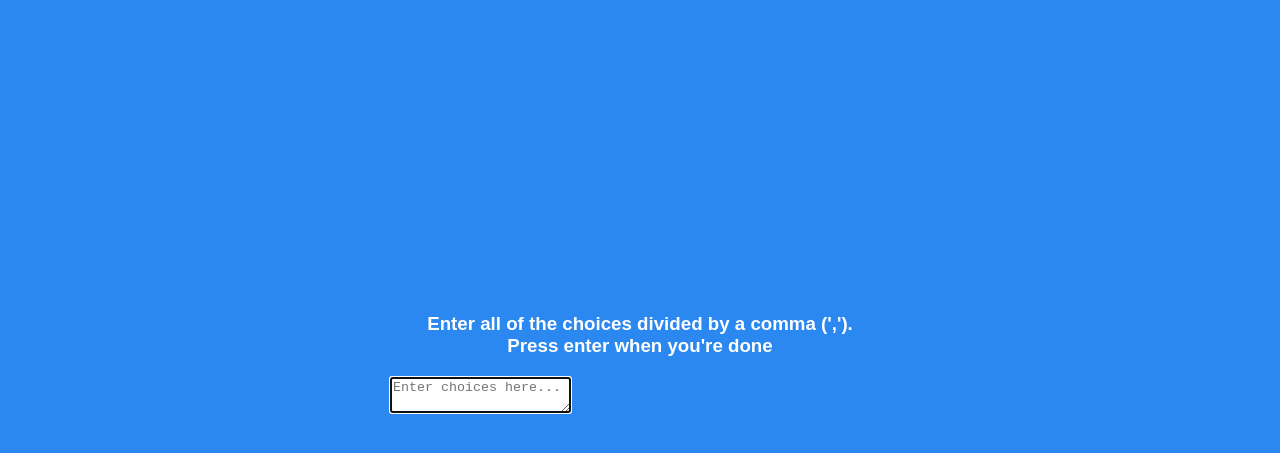
Repository: Williamlmachado/Random-Choice
Page: index.html
These files come from the project's save history. The page is drawn as it stood at one moment and after the next save; the edit follows.
The browser window is 1280 px wide. The pictures show the whole page.
Some web fonts or font styles are not loaded; a fallback is used.

Above is the page before, as saved 2021-08-23 12:42:35.

After the next save:
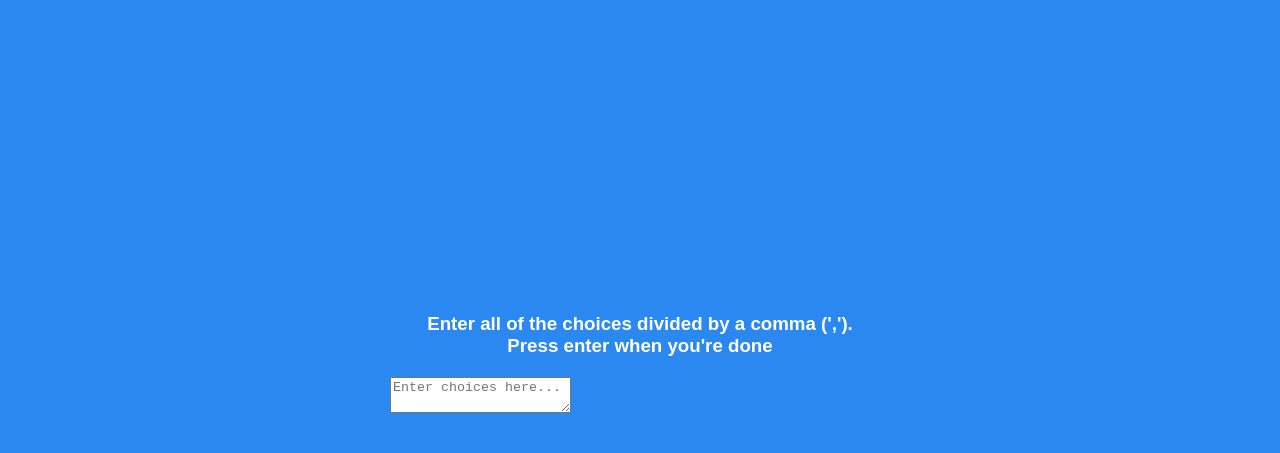
Console error: SyntaxError: Unexpected end of input
Saved 3 min 33 s later.
--- a/script.js
+++ b/script.js
@@ -3,4 +3,7 @@
 
 textarea.focus()
 
-textarea.addEventListener()
+textarea.addEventListener('keyup', (e) =>{
+    creaTags(e.target.value)
+})
+function createTags

After the save that followed:
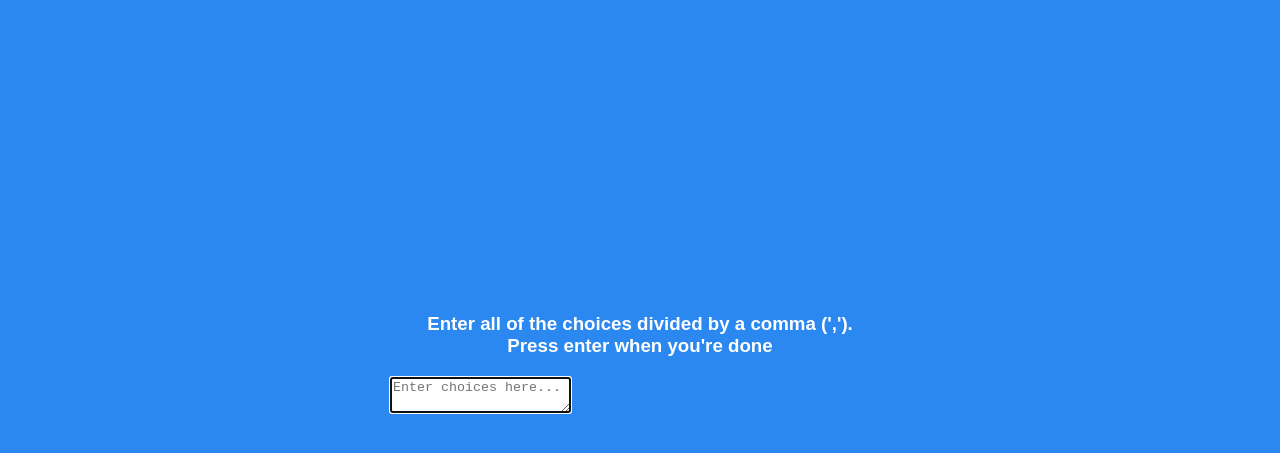
The error is gone.
Saved 21 s later.
--- a/script.js
+++ b/script.js
@@ -4,6 +4,8 @@
 textarea.focus()
 
 textarea.addEventListener('keyup', (e) =>{
-    creaTags(e.target.value)
+    createTags(e.target.value)
 })
-function createTags
+function createTags(inout){
+
+}
